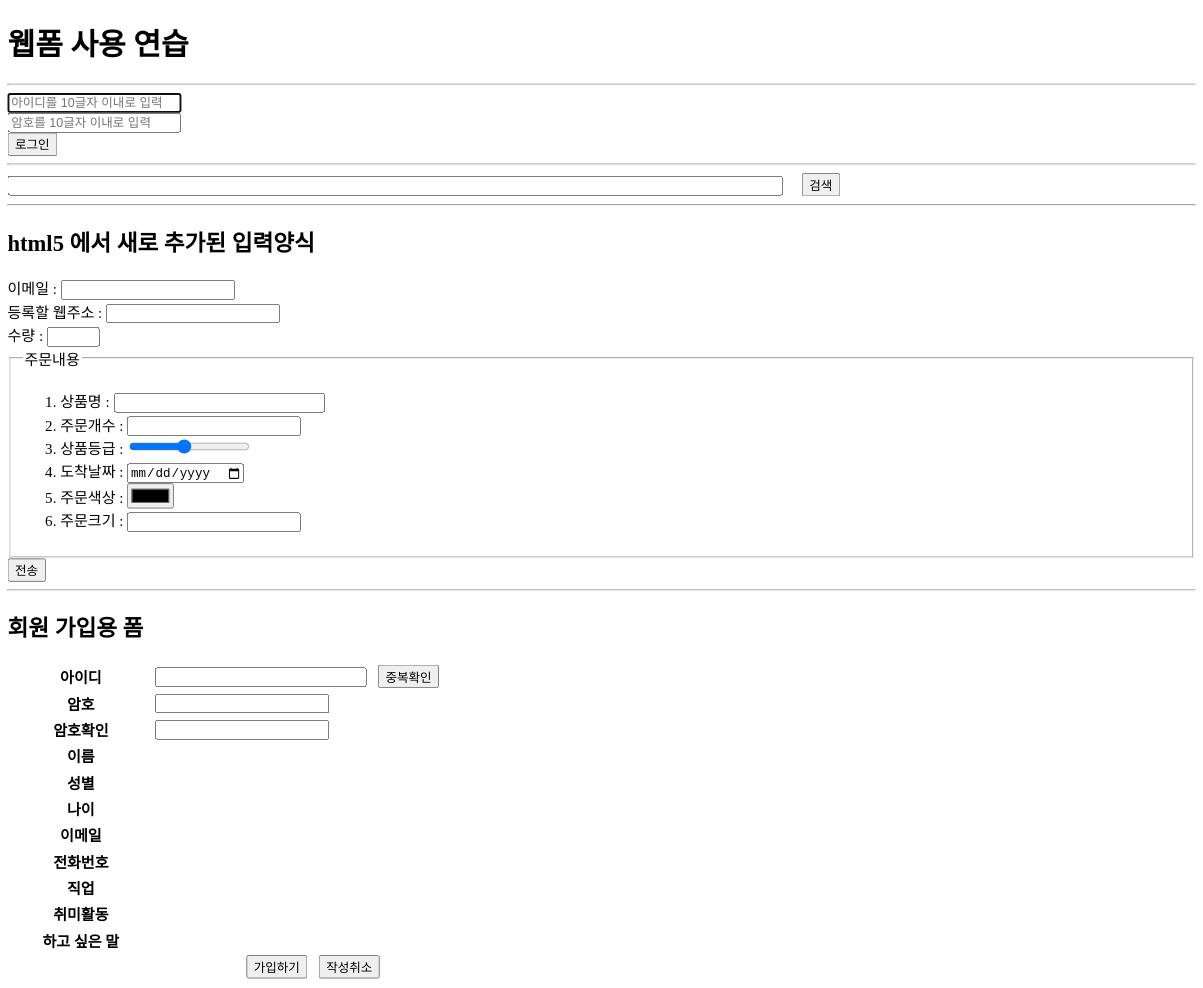
Repository: bianchi112/ict-data
Page: web_workspace/testHTMLProject2/src/main/webapp/views/test/testForm.html
The author's editor kept a copy of each file at every save. The page is drawn from the files as they stood at one save, then again after the next save.
The browser window is 1280 px wide. The pictures show the whole page, at 94% of full size.

Above is the page before, as saved 2024-08-16 02:52:29.

### web_workspace/testHTMLProject2/src/main/webapp/views/test/testForm.html
<!DOCTYPE html>
<html>
<head>
<meta charset="UTF-8">
<title>testForm</title>
</head>
<body>
<header>
	<h1>웹폼 사용 연습</h1>
</header>
<hr>
<div id="login_div">
<!-- 서버로 입력값을 전송하기 위해서 사용하는 태그 : form 태그
	 값을 입력받기 위한 input(입력양식) 태그들은 반드시 form 태그안에 작성해야 함
	 속성 :
	 action="서버측의 값받을 클래스명 또는 클래스의  매핑이름"
	 method="값전송방식", GET | POST
	 	- GET : 입력값들이 전송시에 브라우저 상단 URL에 보여짐
	 		request(요청) 객체의 head 영역에 기록이 되기 때문임
	 	- POST : URL 상에 안 보여짐
	 		request 객체의 body 영역에 전송값들이 인코딩되어서 기록되기 때문임
 -->
<form action="result.html" method="get"> <!-- method 속성 생략시 기본 전송방식 get 이 사용됨 -->
<table width="250" cellspacing="0" cellpadding="0">
	<tr><td>
		<input type="text" name="userid" size="20" maxlength="10"
			placeholder="아이디를 10글자 이내로 입력" autofocus autocomplet required>
	</td></tr>
	<tr><td><input type="password" name="userpwd" size="20" maxlength="10"
		placeholder="암호를 10글자 이내로 입력" required></td></tr>
	<tr><td><input type="submit" value="로그인"></td></tr>
	<!-- form 태그 안에 submit(전송버튼)은 1개만 존재해야 함, 전송을 위해 반드시 필요함 -->
</table>
</form>
</div>
<hr>
<div id="search_div">
<form action="result.html method="get">
	<input type="search" name="keyword" size="100"> &nbsp; &nbsp; <input type="submit" value="검색">
</form>
</div>
<hr>
<div>
	<h2>html5 에서 새로 추가된 입력양식</h2>
	<form action="result.html" method ="post">
		이메일 : <input type="email" name="email"> <br>
		등록할 웹주소 : <input type="url" name="weburl"> <br>
		수량 : <input type="number" name="quantity" min="2" max="30" step="2"><br>
		<fieldset>
		<legend>주문내용</legend>
		<ol>
			<li>
				<label>상품명 :
					<input type="text" size="25" name="pname">
				</label>
			</li>
			<li>
				<label for="pamount">주문개수 : </label> <!-- for = "input의 id명", 라벨과 입력방식을 묶어줌 -->
				<input type="number" name="pamount" id="pamount">
			</li>
			<li>
				<label for="pgrade">상품등급 : </label>
				<input type="range" name="pgrade" min="1" max="10" step="2" id="pgrade">
			</li>
			<li>
				<label for="arrve_date">도착날짜 : </label>
				<input type="date" name="arrive_date">
				<!-- 날짜 지정 : 직접 입력 또는 달력에서 선택 -->
			</li>
			<li>
				<label for="pcolor">주문색상 : </label>
				<input type="color" name="pcolor" id="pcolor">
				<!-- 색상표 제공, 색 선택시 사용 -->
			</li>
			<li>
				<label for="psize">주문크기 : </label>
				<input type="text" id="psize" name="psize" list="mysize"> <!-- input 태그에  type 속성이 생략되면 기본이 type="text" 임 -->
				<!-- 텍스트필드에 리스트 선택 기능을 추가 연결할 수 있음, list="datalist의 id명" -->
				<datalist id="mysize">
					<option value="S" label="Small">
					<option value="M" label="Medium">
					<option value="L" label="Large">
				</datalist>
			</li>
		</ol>
		</fieldset>
		<input type="submit" value="전송">
	</form>
</div>
<hr>
<div id="enroll_div">
<h2>회원 가입용 폼</h2>
<form action="result.html" method="get">
<table width="650">
<tr><th width="150">아이디</th>
	<td><input name="userid" size="25" required> &nbsp;
		<input type="button" value="중복확인">
	</td></tr>
<tr><th>암호</th>
	<td><input type="password" name="userpwd"></td></tr>
<tr><th>암호확인</th>
	<td><input type="password" id="upwd2"></td></tr>
<tr><th>이름</th><td></td></tr>
<tr><th>성별</th><td></td></tr>
<tr><th>나이</th><td></td></tr>
<tr><th>이메일</th><td></td></tr>
<tr><th>전화번호</th><td></td></tr>
<tr><th>직업</th><td></td></tr>
<tr><th>취미활동</th><td></td></tr>
<tr><th>하고 싶은 말</th><td></td></tr>
<tr><th colspan="2">
	<input type="submit" value="가입하기"> &nbsp;
	<input type="reset" value="작성취소">
</th></tr>
</table>
</form>
</div>














</body>
</html>

After the next save:
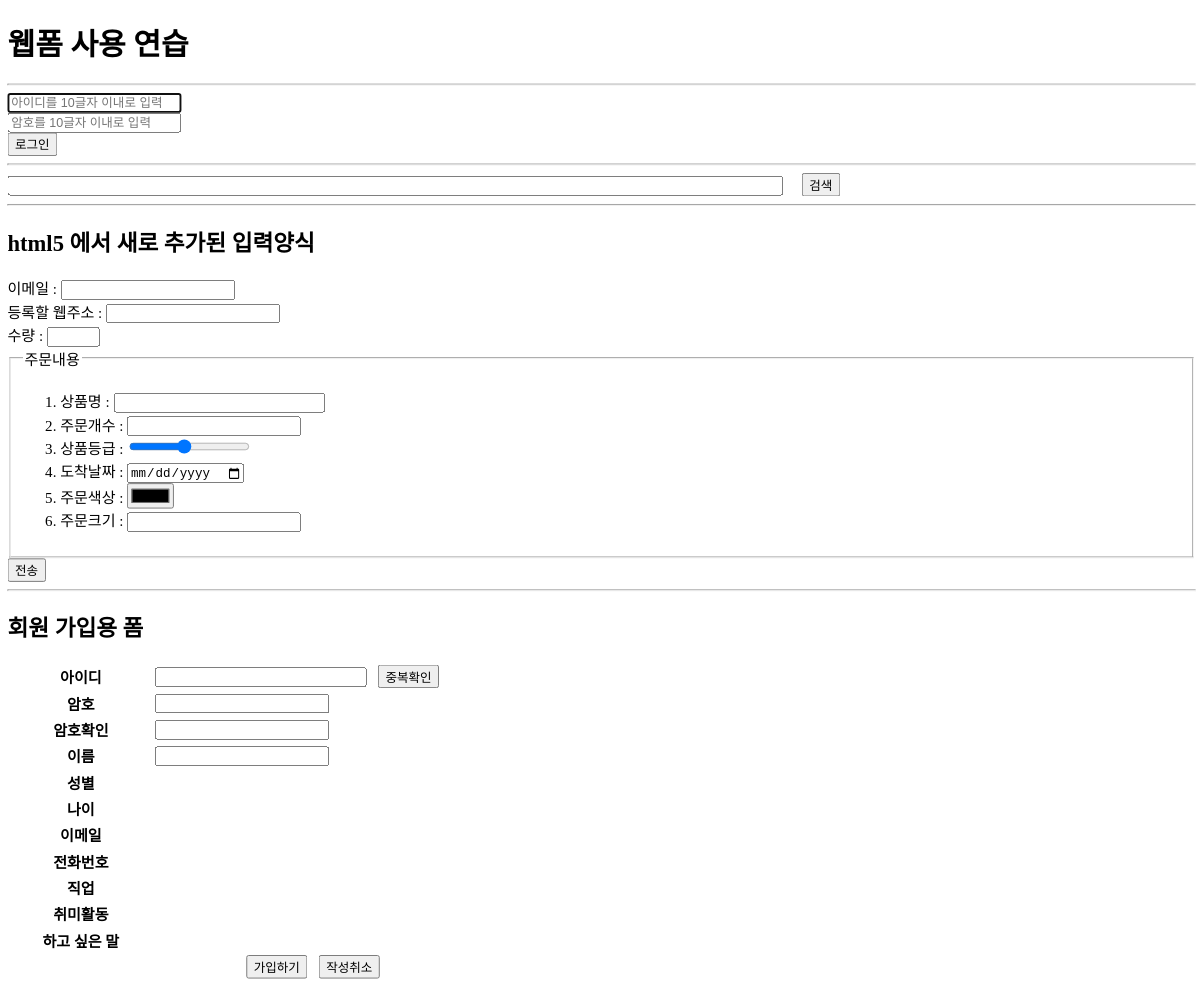
Saved 49 s later.
--- a/web_workspace/testHTMLProject2/src/main/webapp/views/test/testForm.html
+++ b/web_workspace/testHTMLProject2/src/main/webapp/views/test/testForm.html
@@ -97,10 +97,11 @@
 		<input type="button" value="중복확인">
 	</td></tr>
 <tr><th>암호</th>
-	<td><input type="password" name="userpwd"></td></tr>
+	<td><input type="password" name="userpwd" required></td></tr>
 <tr><th>암호확인</th>
-	<td><input type="password" id="upwd2"></td></tr>
-<tr><th>이름</th><td></td></tr>
+	<td><input type="password" id="upwd2" required></td></tr>
+<tr><th>이름</th>
+	<td><input name="username" required></td></tr>
 <tr><th>성별</th><td></td></tr>
 <tr><th>나이</th><td></td></tr>
 <tr><th>이메일</th><td></td></tr>
